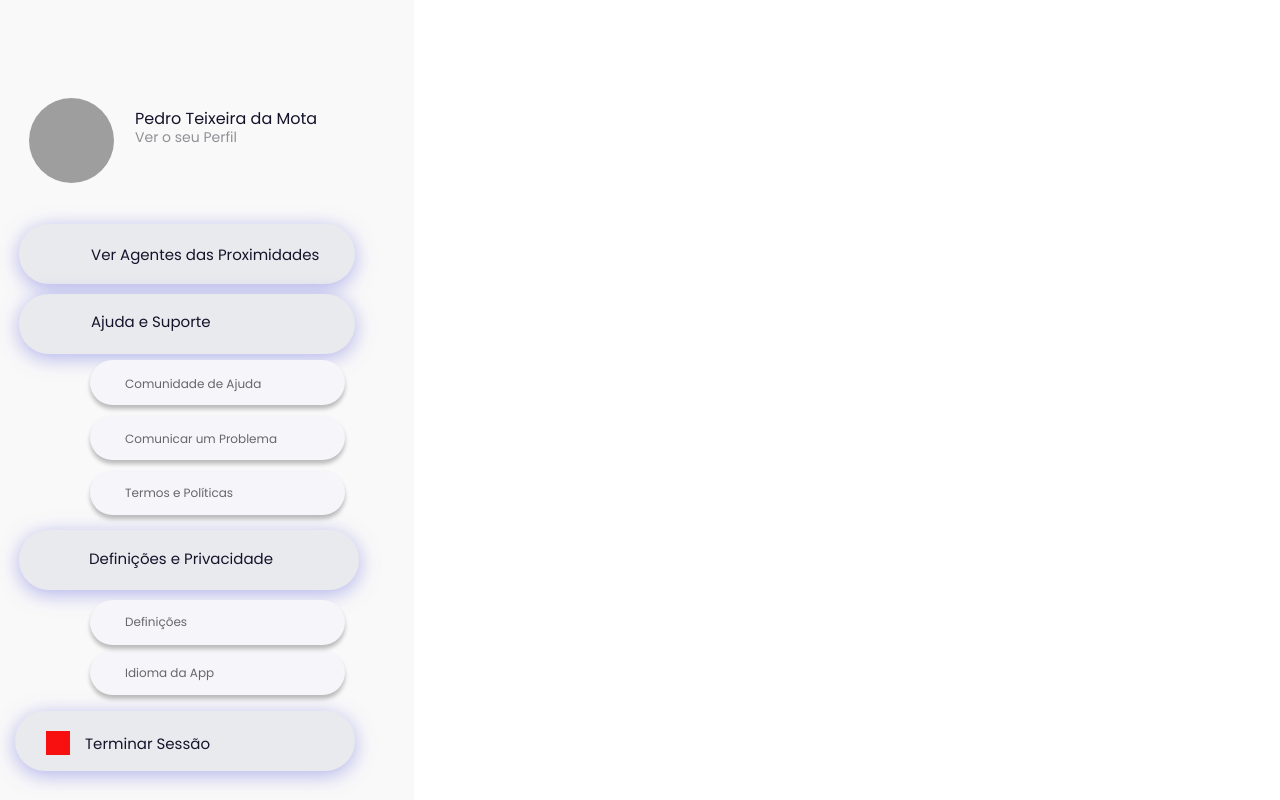
Repository: UnivMinho/D12_frontend
Page: Responsável no Terreno/Front-Office/Menu.html
The author's editor kept a record of every edit. The page is drawn from the files as they stood at one moment, then again after the next edit.
The browser window is 1280 px wide. The pictures show the whole page.
Pictures or frames that could not be fetched are drawn as grey boxes.

Above is the page before.

### Responsável no Terreno/Front-Office/Menu.html
<!DOCTYPE html>
<html>

<head>
    <meta charset="utf-8">
    <meta name="viewport" content="width=device-width, initial-scale=1, maximum-scale=1, user-scalable=no">
    <link href="https://fonts.googleapis.com/css?family=Poppins&display=swap" rel="stylesheet" />
    <link href="./Menu.css" rel="stylesheet" />
    <title>Document</title>
    <link href="./Menu.css" rel="stylesheet" />
    <title>Document</title>
    <link href="./Menu.css" rel="stylesheet" />
    <title>Document</title>
</head>

<body>
    <div class="v97_62">

            <div class="v97_64"></div>

            <div class="fotografia"></div><span class="textoVerPerfil">Ver o seu Perfil</span><span class="nomeAgente">Pedro Teixeira da Mota</span>
            <button class="caixaAgentesProx"></button>
            <button class="caixaAjudaeSuporte"></button>
            </div><span class="textoAjudaeSuporte">Ajuda e Suporte</span>
            </div><span class="textoVerAgentesProx">Ver Agentes das Proximidades</span>

             <!--menu de baixo
            <div class="v165_2368"></div>
            <div class="v165_2369"></div>
            <div class="name"></div>
            <div class="v165_2371"></div>
            <div class="v165_2372"></div>
            <div class="v165_2373"></div>
            <div class="v165_2374"></div>
            <div class="v165_2375"></div>
            <div class="v165_2376">
                <div class="v165_2377"></div>
                <div class="v165_2378"></div>
                <div class="v165_2379"></div>
                <div class="v165_2380"></div>
            </div>
            <div class="v165_2381"></div>-->

        <button class="caixaDefiePriv"></button>
        <div class="name"></div><span class="textoDefiePriv">Definições e Privacidade</span>
        <div class="name"></div>
        <button class="caixaTerminarSessao"></button>
        <div class="iconeTerminarSessao"></div><span class="textoTerminarSessao">Terminar Sessão</span>

        <button class="caixaTextoIdioma"></button><span class="textoIdiomaApp">Idioma da App</span>
        <div class="name"></div>
        <button class="caixaDefinicoes"></button><span class="textoDefinicoes">Definições</span>
        <button class="caixaTextoTermos"></button><span class="textoTermosPoliticas">Termos e Políticas</span>
        <button class="caixaTextoComProb"></button><span class="textoComunicarProblema">Comunicar um Problema</span>
        <button class="caixaTextoComAjuda"></button><span class="textoComunidadeAjuda">Comunidade de Ajuda</span>
        <div class="name"></div>
    </div>
</body>

</html>

### Responsável no Terreno/Front-Office/Menu.css
* {
  overflow-x: hidden;
  padding: 0px !important;
  margin: 0px !important;
}
.v97_62 {
  width: 414px;
  height: 800px;
  background: rgba(250,249,249,1);
  opacity: 1;
  position: absolute;
  top: 0px;
  left: 0px;
  overflow: hidden;
}

.v97_64 {
  width: 414px;
  height: 800px;
  background: rgba(250,249,249,1);
  opacity: 1;
  position: absolute;
  top: 18px;
  left: 0px;
}

.fotografia {
  width: 85px;
  height: 85px;
  background: url("../images/v97_85.png");
  opacity: 1;
  position: absolute;
  top: 98px;
  left: 29px;
  border-radius: 50%;
}
.textoVerPerfil {
  width: 114px;
  color: rgba(145,144,151,1);
  position: absolute;
  top: 127px;
  left: 135px;
  font-family: Poppins;
  font-weight: Regular;
  font-size: 14px;
  opacity: 1;
  text-align: left;
}
.nomeAgente {
  width: 198px;
  color: rgba(20,19,42,1);
  position: absolute;
  top: 106px;
  left: 135px;
  font-family: Poppins;
  font-weight: Regular;
  font-size: 16px;
  opacity: 1;
  text-align: left;
}
.caixaAgentesProx {
  width: 336px;
  height: 60px;
  background: rgba(233,234,238,1);
  opacity: 1;
  position: absolute;
  top: 224px;
  left: 19px;
  border-top-left-radius: 50px;
  border-top-right-radius: 50px;
  border-bottom-left-radius: 50px;
  border-bottom-right-radius: 50px;
  box-shadow: 0px 4px 20px rgba(104, 109, 224, 0.5);
  overflow: hidden;
  border: none;
}
.caixaAjudaeSuporte {
  width: 336px;
  height: 60px;
  background: rgba(233,234,238,1);
  opacity: 1;
  position: absolute;
  top: 294px;
  left: 19px;
  border-top-left-radius: 50px;
  border-top-right-radius: 50px;
  border-bottom-left-radius: 50px;
  border-bottom-right-radius: 50px;
  box-shadow: 0px 4px 20px rgba(104, 109, 224, 0.5);
  overflow: hidden;
  border: none;
}


.textoAjudaeSuporte {
  width: 182px;
  color: rgba(20,19,42,1);
  position: absolute;
  top: 310px;
  left: 91px;
  font-family: Poppins;
  font-weight: Regular;
  font-size: 15px;
  opacity: 1;
  text-align: left;
}

.textoVerAgentesProx {
  width: 242px;
  color: rgba(20,19,42,1);
  position: absolute;
  top: 243px;
  left: 91px;
  font-family: Poppins;
  font-weight: Regular;
  font-size: 15px;
  opacity: 1;
  text-align: left;
}
/*
.v165_2368 {
  width: 111px;
  height: 48px;
  background: url("../images/v165_2368.png");
  opacity: 1;
  position: absolute;
  top: 785px;
  left: 238px;
  box-shadow: 0px 10px 10px rgba(1, 0.22083336114883423, 0.28858697414398193, 0.15000000596046448);
}
.v165_2369 {
  width: 375px;
  height: 92px;
  background: rgba(250,249,249,1);
  opacity: 1;
  position: absolute;
  top: 797px;
  left: 1px;
  box-shadow: 0px -1px 0px rgba(0, 0, 0, 0.15000000596046448);
  overflow: hidden;
}
.name {
  color: #fff;
}
.v165_2371 {
  width: 60px;
  height: 58px;
  background: rgba(244,244,244,1);
  opacity: 1;
  position: absolute;
  top: 811px;
  left: 12px;
  border-top-left-radius: 24px;
  border-top-right-radius: 24px;
  border-bottom-left-radius: 24px;
  border-bottom-right-radius: 24px;
  box-shadow: 0px 1px 12px rgba(0, 0, 0, 0.03999999910593033);
  overflow: hidden;
}
.v165_2372 {
  width: 60px;
  height: 58px;
  background: rgba(244,244,244,1);
  opacity: 1;
  position: absolute;
  top: 811px;
  left: 85px;
  border-top-left-radius: 24px;
  border-top-right-radius: 24px;
  border-bottom-left-radius: 24px;
  border-bottom-right-radius: 24px;
  box-shadow: 0px 1px 12px rgba(0, 0, 0, 0.03999999910593033);
  overflow: hidden;
}
.v165_2373 {
  width: 60px;
  height: 58px;
  background: rgba(244,244,244,1);
  opacity: 1;
  position: absolute;
  top: 811px;
  left: 230px;
  border-top-left-radius: 24px;
  border-top-right-radius: 24px;
  border-bottom-left-radius: 24px;
  border-bottom-right-radius: 24px;
  box-shadow: 0px 1px 12px rgba(0, 0, 0, 0.03999999910593033);
  overflow: hidden;
}
.v165_2374 {
  width: 60px;
  height: 58px;
  background: rgba(244,244,244,1);
  opacity: 1;
  position: absolute;
  top: 811px;
  left: 304px;
  border-top-left-radius: 24px;
  border-top-right-radius: 24px;
  border-bottom-left-radius: 24px;
  border-bottom-right-radius: 24px;
  box-shadow: 0px 1px 12px rgba(0, 0, 0, 0.03999999910593033);
  overflow: hidden;
}
.v165_2375 {
  width: 28px;
  height: 35px;
  background: rgba(193,193,193,1);
  opacity: 1;
  position: absolute;
  top: 821px;
  left: 27px;
}
.v165_2376 {
  width: 265px;
  height: 54px;
  background: url("../images/v165_2376.png");
  background-repeat: no-repeat;
  background-position: center center;
  background-size: cover;
  opacity: 1;
  position: absolute;
  top: 813px;
  left: 86px;
  overflow: hidden;
}
.v165_2377 {
  width: 40px;
  height: 54px;
  background: url("../images/v165_2377.png");
  opacity: 1;
  position: absolute;
  top: 0px;
  left: 0px;
}
.v165_2378 {
  width: 30px;
  height: 30px;
  background: rgba(193,193,193,1);
  opacity: 1;
  position: absolute;
  top: 10px;
  left: 15px;
}
.v165_2379 {
  width: 33px;
  height: 33px;
  background: rgba(193,193,193,1);
  opacity: 1;
  position: absolute;
  top: 9px;
  left: 158px;
}
.v165_2380 {
  width: 33px;
  height: 33px;
  background: rgba(193,193,193,1);
  opacity: 1;
  position: absolute;
  top: 8px;
  left: 232px;
}
.v165_2381 {
  width: 60px;
  height: 58px;
  background: rgba(244,244,244,1);
  opacity: 1;
  position: absolute;
  top: 810px;
  left: 157px;
  border-top-left-radius: 24px;
  border-top-right-radius: 24px;
  border-bottom-left-radius: 24px;
  border-bottom-right-radius: 24px;
  box-shadow: 0px 1px 12px rgba(0, 0, 0, 0.03999999910593033);
  overflow: hidden;
}*/

.caixaDefiePriv {
  width: 340px;
  height: 60px;
  background: rgba(233,234,238,1);
  opacity: 1;
  position: absolute;
  top: 530px;
  left: 19px;
  border-top-left-radius: 50px;
  border-top-right-radius: 50px;
  border-bottom-left-radius: 50px;
  border-bottom-right-radius: 50px;
  box-shadow: 0px 4px 20px rgba(104, 109, 224, 0.5);
  overflow: hidden;
  border: none;
}

.textoDefiePriv {
  width: 223px;
  color: rgba(20,19,42,1);
  position: absolute;
  top: 547px;
  left: 89px;
  font-family: Poppins;
  font-weight: Regular;
  font-size: 15px;
  opacity: 1;
  text-align: left;
}

.caixaTerminarSessao {
  width: 340px;
  height: 60px;
  background: rgba(233,234,238,1);
  opacity: 1;
  position: absolute;
  top: 711px;
  left: 15px;
  border-top-left-radius: 50px;
  border-top-right-radius: 50px;
  border-bottom-left-radius: 50px;
  border-bottom-right-radius: 50px;
  box-shadow: 0px 4px 20px rgba(104, 109, 224, 0.5);
  overflow: hidden;
  border: none;
}
.iconeTerminarSessao{
  width: 24px;
  height: 24px;
  background: rgba(248,15,15,1);
  opacity: 1;
  position: absolute;
  top: 731px;
  left: 46px;
}
.textoTerminarSessao{
  width: 223px;
  color: rgba(20,19,42,1);
  position: absolute;
  top: 732px;
  left: 85px;
  font-family: Poppins;
  font-weight: Regular;
  font-size: 15px;
  opacity: 1;
  text-align: left;
}
.caixaTextoIdioma{
  width: 255px;
  height: 45px;
  background: #F5F5FA;
  opacity: 1;
  position: absolute;
  top: 650px;
  left: 90px;
  border-top-left-radius: 50px;
  border-top-right-radius: 50px;
  border-bottom-left-radius: 50px;
  border-bottom-right-radius: 50px;
  box-shadow: 0px 4px 4px rgba(0, 0, 0, 0.25);
  overflow: hidden;
  border: none;
}
.textoIdiomaApp {
  width: 131px;
  color: rgba(103,103,106,1);
  position: absolute;
  top: 664px;
  left: 125px;
  font-family: Poppins;
  font-weight: Regular;
  font-size: 12px;
  opacity: 1;
  text-align: left;
}

.caixaDefinicoes {
  width: 255px;
  height: 45px;
  background: #F5F5FA;
  opacity: 1;
  position: absolute;
  top: 600px;
  left: 90px;
  border-top-left-radius: 50px;
  border-top-right-radius: 50px;
  border-bottom-left-radius: 50px;
  border-bottom-right-radius: 50px;
  box-shadow: 0px 4px 4px rgba(0, 0, 0, 0.25);
  overflow: hidden;
  border: none;
}

.textoDefinicoes {
  width: 131px;
  color: rgba(103,103,106,1);
  position: absolute;
  top: 613px;
  left: 125px;
  font-family: Poppins;
  font-weight: Regular;
  font-size: 12px;
  opacity: 1;
  text-align: left;
}
.caixaTextoTermos{
  width: 255px;
  height: 45px;
  background: #F5F5FA;
  opacity: 1;
  position: absolute;
  top: 470px;
  left: 90px;
  border-top-left-radius: 50px;
  border-top-right-radius: 50px;
  border-bottom-left-radius: 50px;
  border-bottom-right-radius: 50px;
  box-shadow: 0px 4px 4px rgba(0, 0, 0, 0.25);
  overflow: hidden;
  border: none;
}
.textoTermosPoliticas{
  width: 141px;
  color: rgba(103,103,106,1);
  position: absolute;
  top: 484px;
  left: 125px;
  font-family: Poppins;
  font-weight: Regular;
  font-size: 12px;
  opacity: 1;
  text-align: left;
}
.caixaTextoComProb{
  width: 255px;
  height: 45px;
  background: #F5F5FA;
  opacity: 1;
  position: absolute;
  top: 415px;
  left: 90px;
  border-top-left-radius: 50px;
  border-top-right-radius: 50px;
  border-bottom-left-radius: 50px;
  border-bottom-right-radius: 50px;
  box-shadow: 0px 4px 4px rgba(0, 0, 0, 0.25);
  overflow: hidden;
  border: none;
}
.textoComunicarProblema {
  width: 216px;
  color: rgba(103,103,106,1);
  position: absolute;
  top: 430px;
  left: 125px;
  font-family: Poppins;
  font-weight: Regular;
  font-size: 12px;
  opacity: 1;
  text-align: left;
}
.caixaTextoComAjuda{
  width: 255px;
  height: 45px;
  background: #F5F5FA;
  opacity: 1;
  position: absolute;
  top: 360px;
  left: 90px;
  border-top-left-radius: 50px;
  border-top-right-radius: 50px;
  border-bottom-left-radius: 50px;
  border-bottom-right-radius: 50px;
  box-shadow: 0px 4px 4px rgba(0, 0, 0, 0.25);
  overflow: hidden;
  border: none;
}
.textoComunidadeAjuda {
  width: 202px;
  color: rgba(103,103,106,1);
  position: absolute;
  top: 375px;
  left: 125px;
  font-family: Poppins;
  font-weight: Regular;
  font-size: 12px;
  opacity: 1;
  text-align: left;
}
.name {
  color: #fff;
}

After the next edit:
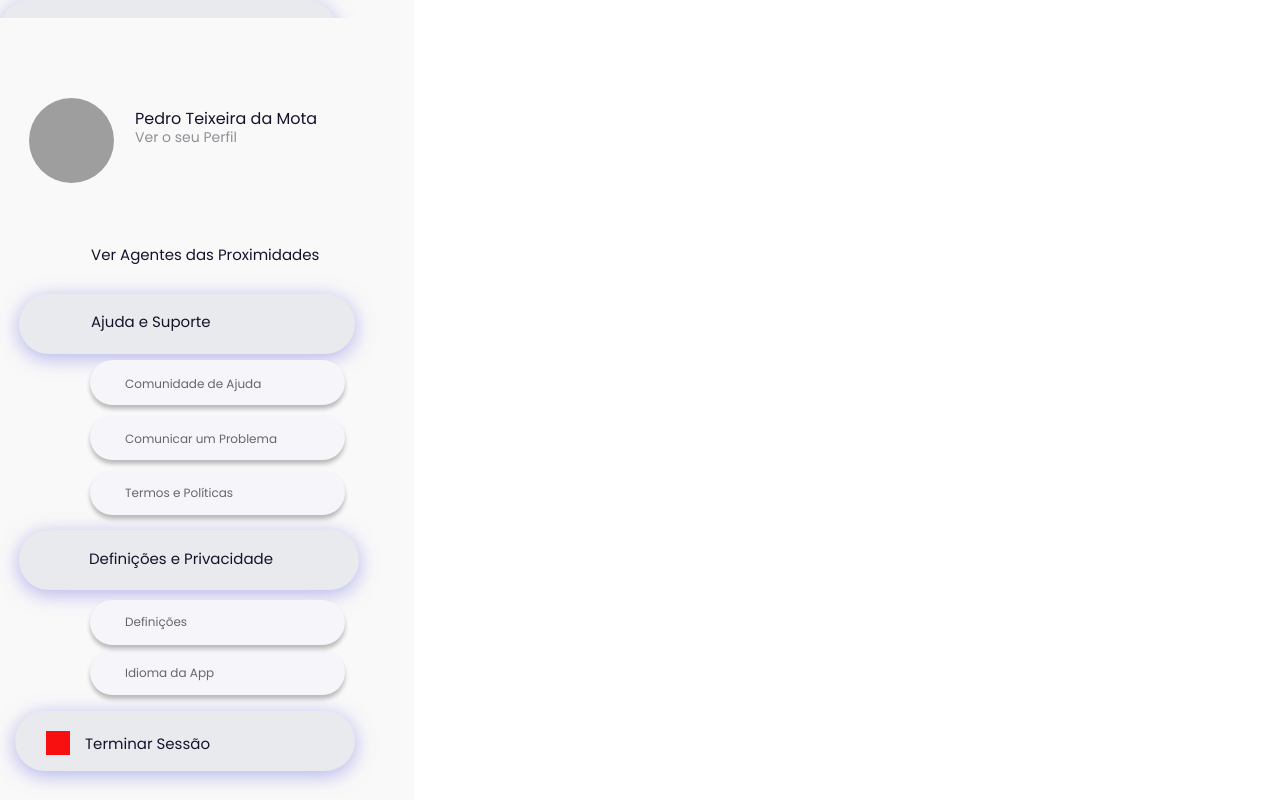
The edit:
--- a/Responsável no Terreno/Front-Office/Menu.css
+++ b/Responsável no Terreno/Front-Office/Menu.css
@@ -63,7 +63,7 @@
   height: 60px;
   background: rgba(233,234,238,1);
   opacity: 1;
-  position: absolute;
+  position: center;
   top: 224px;
   left: 19px;
   border-top-left-radius: 50px;

After the edit that followed:
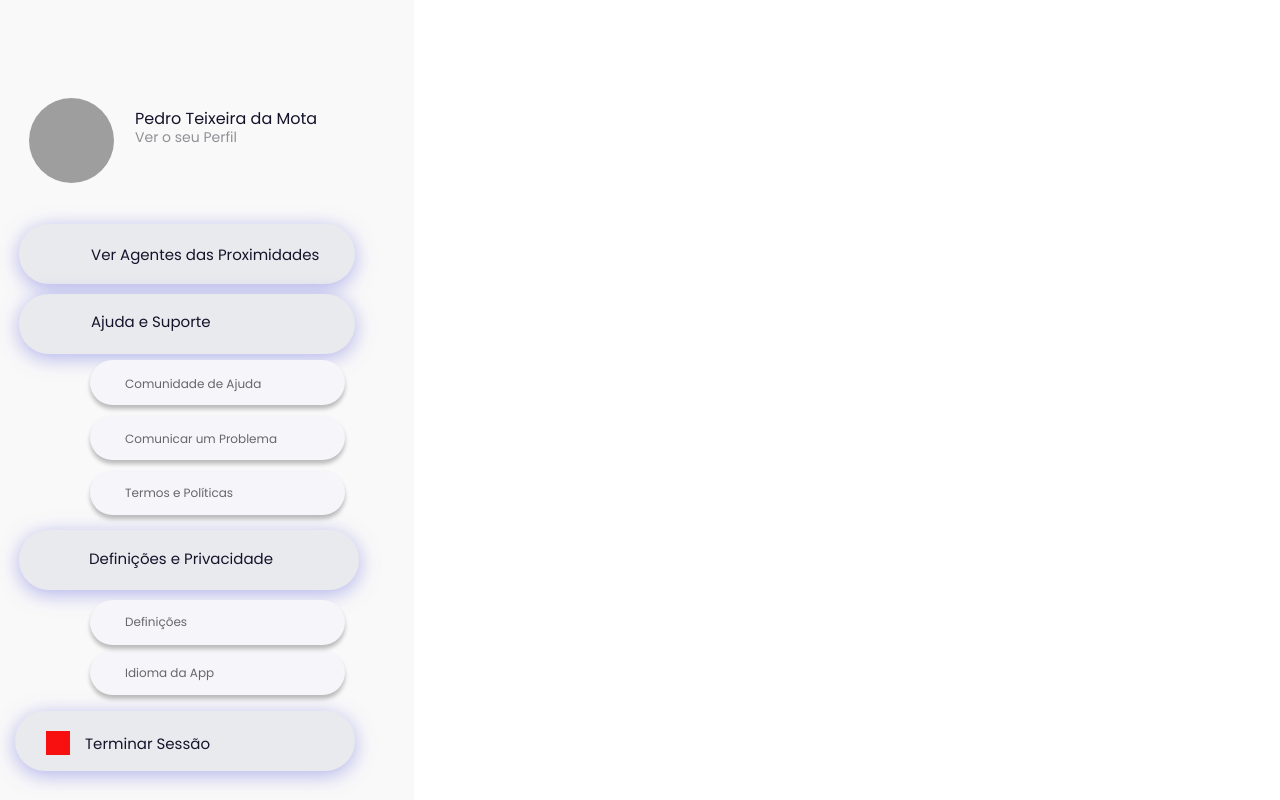
The edit:
--- a/Responsável no Terreno/Front-Office/Menu.css
+++ b/Responsável no Terreno/Front-Office/Menu.css
@@ -63,7 +63,7 @@
   height: 60px;
   background: rgba(233,234,238,1);
   opacity: 1;
-  position: center;
+  position: absolute;
   top: 224px;
   left: 19px;
   border-top-left-radius: 50px;
